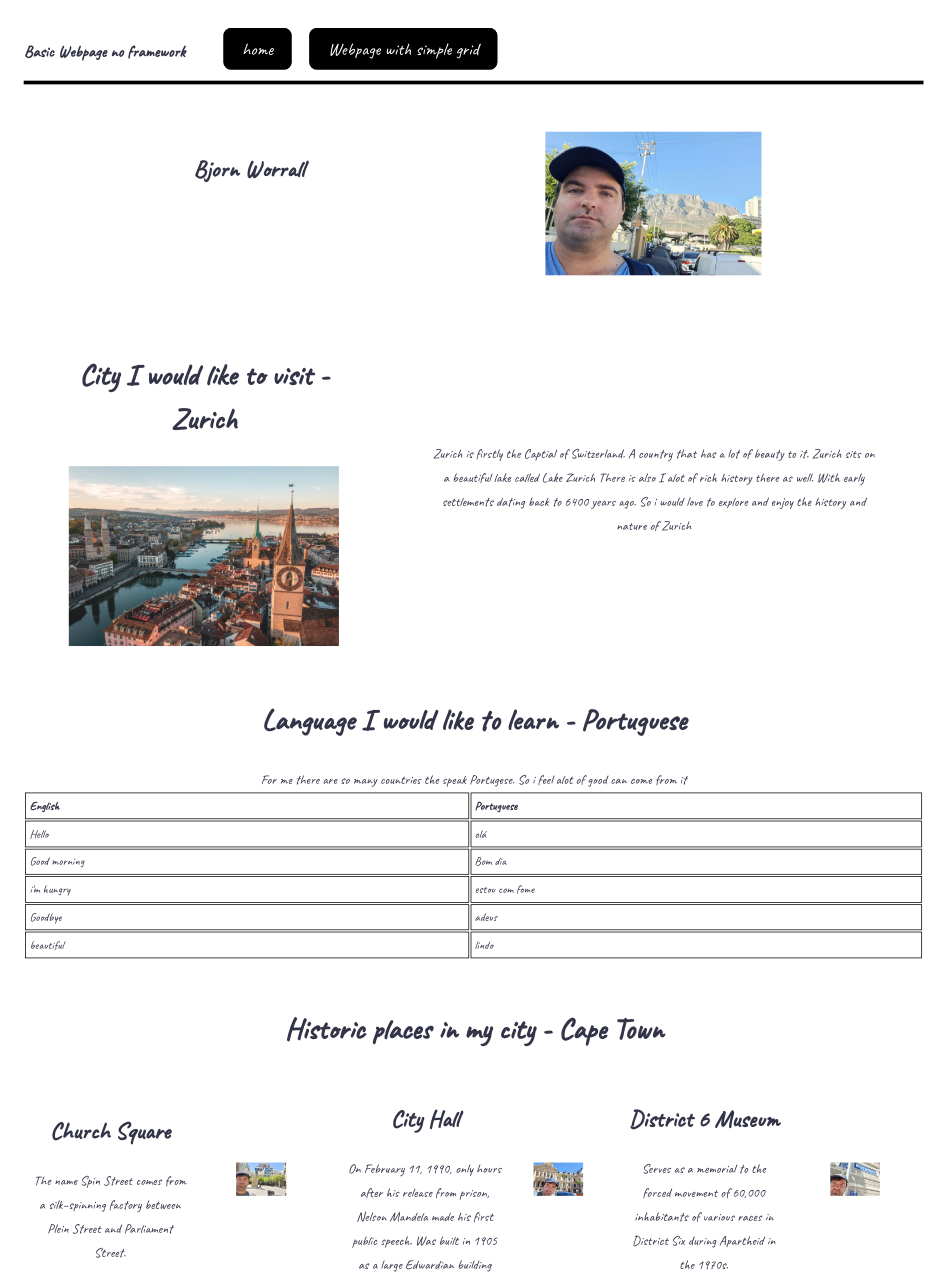
Repository: lasity34/basic-webpage
Page: my - webpage.html
These files come from the project's save history. The page is drawn as it stood at one moment and after the next save; the edit follows.
The browser window is 1280 px wide. The pictures show the whole page, at 74% of full size.

Above is the page before, as saved 2023-03-06 19:19:14.

After the next save:
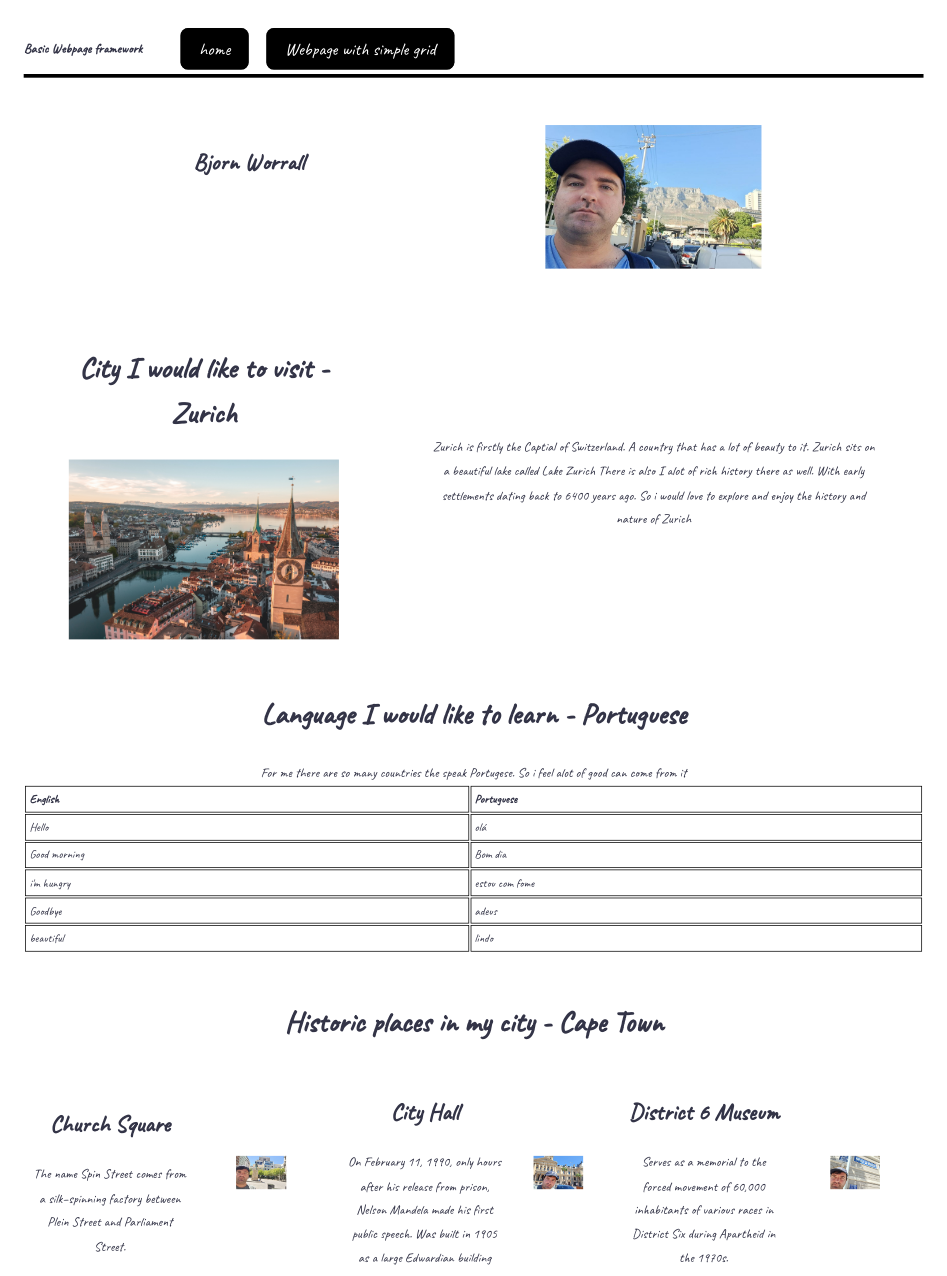
Saved 6 s later.
--- a/my - webpage.html
+++ b/my - webpage.html
@@ -19,7 +19,7 @@
     <main>
       <header>
         <nav id="nav_profile">
-          <h3>Basic Webpage no framework</h3>
+          <h4>Basic Webpage framework</h4>
           <ul>
             <li><a>home</a></li>
             <li><a>Webpage with simple grid</a></li>
